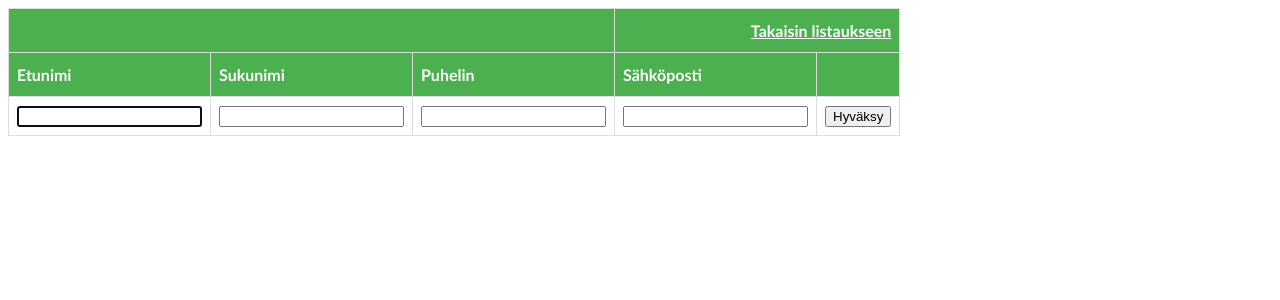
Repository: Muutostehdas/Viikko7
Page: http://localhost/Asiakas_NatiiviJS/muutaasiakas.jsp
The author's editor kept a copy of each file at every save. The page is drawn from the files as they stood at one save, then again after the next save.
The browser window is 1280 px wide. The pictures show the whole page.
The page is served by Tomcat 9.

Above is the page before, as saved 2021-05-15 11:48:01.
Console error (its wording comes from the project's code and is left out).

After the next save:
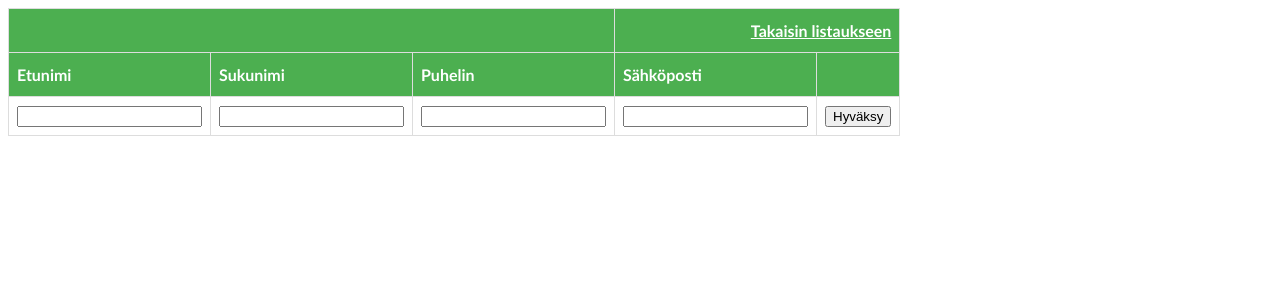
Console error: SyntaxError: Unexpected identifier 'asiakas_id'
Saved 22 s later.
--- a/Asiakas_NatiiviJS/WebContent/muutaasiakas.jsp
+++ b/Asiakas_NatiiviJS/WebContent/muutaasiakas.jsp
@@ -81,7 +81,7 @@ fetch("asiakkaat/haeyksi/" + asiakas_id,{//Lähetetään kutsu backendiin
 function vieTiedot(){
 
 	var ilmo="";
-	var asiakas_id;
+	int asiakas_id;
 	document.getElementById("asiakas_id").value = Integer.parseInt(responseJson.asiakas_id);
 	if(document.getElementById("etunimi").value.length<2){
 		ilmo="Etunimi ei kelpaa!";
